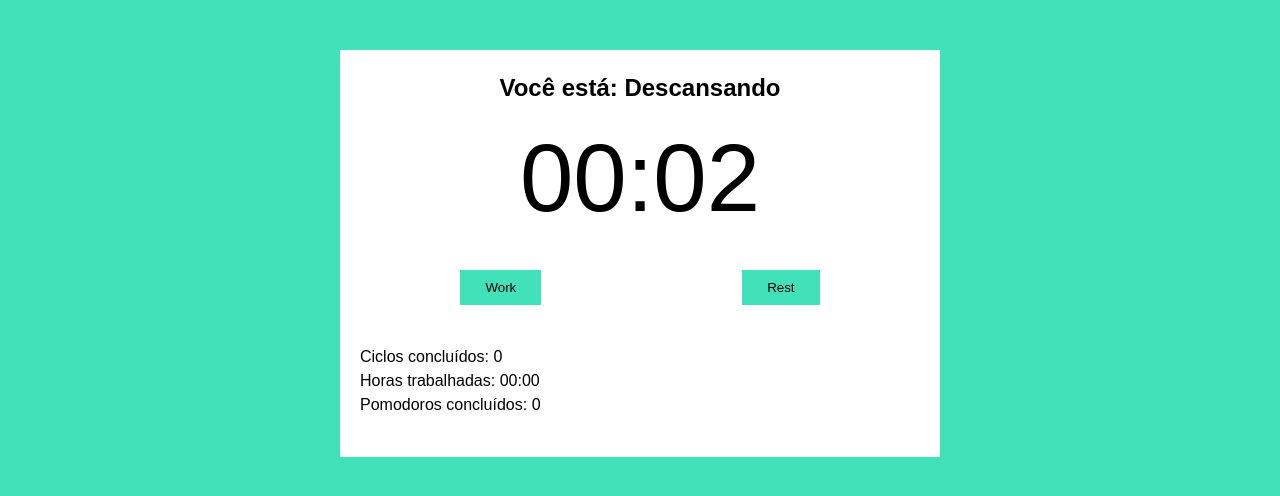
Repository: JuanPabloDS/Pomodoro
Page: / (app in pomodoro/)
These files come from the project's save history. The page is drawn as it stood at one moment and after the next save; the edit follows.
The browser window is 1280 px wide. The pictures show the whole page.
The project was rebuilt for these pictures with package versions that can differ from the ones it lists, and the page was loaded fresh each time. Also part of the build but not shown: pomodoro/src/App.css. Imported but missing from the stored project, and not drawn on this page: pomodoro/src/sounds/bell-finish.mp3, pomodoro/src/sounds/bell-start.mp3.

Above is the page before, as saved 2024-01-25 16:32:17.

### pomodoro/src/App.tsx
import React from 'react';
import './App.css';
import { PomodoroTimer } from './components/pomodoro-timer';

function App() {
  return (
    <div className="container">
      <PomodoroTimer
        pomodoroTime={2}
        shortRestTime={2}
        longRestTime={3}
        cycles={4}
      />
    </div>
  );
}

export default App;

### pomodoro/src/components/pomodoro-timer.tsx
import React, { useEffect, useState, useCallback } from 'react';
import { useInterval } from '../hooks/use-interval';
import { Button } from './button';
import { Timer } from './timer';
import { secondsToTime } from '../utils/seconds-to-time';

// eslint-disable-next-line @typescript-eslint/no-var-requires
const bellStart = require('../sounds/bell-start.mp3');
// eslint-disable-next-line @typescript-eslint/no-var-requires
const bellFinish = require('../sounds/bell-finish.mp3');

const audioStartWorking = new Audio(bellStart);
const audioStopWorking = new Audio(bellFinish);

interface Props {
  pomodoroTime: number;
  shortRestTime: number;
  longRestTime: number;
  cycles: number;
}

export function PomodoroTimer(props: Props): JSX.Element {
  const [mainTime, setMainTime] = useState(props.pomodoroTime);
  const [timeCounting, setTimeCounting] = useState(false);
  const [working, setWorking] = useState(false);
  const [resting, setResting] = useState(false);
  const [cyclesQtdManager, setCyclesQtdManager] = useState(
    new Array(props.cycles - 1).fill(true),
  );

  const [completedCycles, setCompletedCycles] = useState(0);
  const [fullWorkingTime, setFullWorkingTime] = useState(0);
  const [numberOfPomodoros, setNumberOfPomodoros] = useState(0);

  useInterval(
    () => {
      setMainTime(mainTime - 1);
      if (working) setFullWorkingTime(fullWorkingTime + 1);
    },
    timeCounting ? 1000 : null,
  );

  const configureWork = useCallback(() => {
    setTimeCounting(true);
    setWorking(true);
    setResting(false);
    setMainTime(props.pomodoroTime);
    audioStartWorking.play();
  }, [
    setTimeCounting,
    setWorking,
    setResting,
    setMainTime,
    props.pomodoroTime,
  ]);

  const configureRest = useCallback(
    (long: boolean) => {
      setTimeCounting(true);
      setWorking(false);
      setResting(true);

      if (long) {
        setMainTime(props.longRestTime);
      } else {
        setMainTime(props.shortRestTime);
      }

      audioStopWorking.play();
    },
    [
      setTimeCounting,
      setWorking,
      setResting,
      setMainTime,
      props.longRestTime,
      props.shortRestTime,
    ],
  );

  useEffect(() => {
    if (working) document.body.classList.add('working');
    if (resting) document.body.classList.remove('working');

    if (mainTime > 0) return;

    if (working && cyclesQtdManager.length > 0) {
      configureRest(false);
      cyclesQtdManager.pop();
    } else if (working && cyclesQtdManager.length <= 0) {
      configureRest(true);
      setCyclesQtdManager(new Array(props.cycles - 1).fill(true));
      setCompletedCycles(completedCycles + 1);
    }

    if (working) setNumberOfPomodoros(numberOfPomodoros + 1);
    if (resting) configureWork();
  }, [
    working,
    resting,
    mainTime,
    cyclesQtdManager,
    numberOfPomodoros,
    completedCycles,
    configureRest,
    setCyclesQtdManager,
    configureWork,
    props.cycles,
  ]);

  return (
    <div className="pomodoro">
      <h2>Você está: {working ? 'Trabalhando' : 'Descansando'}</h2>
      <Timer mainTime={mainTime} />

      <div className="controls">
        <Button text="Work" onClick={() => configureWork()}></Button>
        <Button text="Rest" onClick={() => configureRest(false)}></Button>
        <Button
          className={!working && !resting ? 'hidden' : ''}
          text={timeCounting ? 'Pause' : 'Play'}
          onClick={() => setTimeCounting(!timeCounting)}
        ></Button>
      </div>

      <div className="details">
        <p>Ciclos concluídos: {completedCycles}</p>
        <p>Horas trabalhadas: {secondsToTime(fullWorkingTime)}</p>
        <p>Pomodoros concluídos: {numberOfPomodoros}</p>
      </div>
    </div>
  );
}

### pomodoro/src/hooks/use-interval.tsx
import { useEffect, useRef } from 'react';

export function useInterval<C extends CallableFunction>(
  callback: C,
  delay: number | null,
): void {
  const savedCallback = useRef<C>();

  // Remember the latest callback.
  useEffect(() => {
    savedCallback.current = callback;
  }, [callback]);

  // Set up the interval.
  useEffect(() => {
    function tick() {
      if (savedCallback.current) savedCallback.current();
    }
    if (delay !== null) {
      const id = setInterval(tick, delay);
      return () => clearInterval(id);
    }
  }, [delay]);
}

### pomodoro/src/components/button.tsx
import React from 'react';

interface Props {
  text: string;
  onClick?: () => void;
  className?: string;
}

export function Button(props: Props): JSX.Element {
  return (
    <button onClick={props.onClick} className={props.className}>
      {props.text}
    </button>
  );
}

### pomodoro/src/components/timer.tsx
import React from 'react';
import { secondsToTime } from '../utils/seconds-to-time';

interface Props {
  mainTime: number;
}

export function Timer(props: Props): JSX.Element {
  return <div className="timer">{secondsToTime(props.mainTime)}</div>;
}

### pomodoro/src/utils/seconds-to-time.ts
export function secondsToTime(seconds: number): string {
  const zeroLeft = (n: number) => Math.floor(n).toString().padStart(2, '0');
  const min = zeroLeft((seconds / 60) % 60);
  const sec = zeroLeft((seconds % 60) % 60);
  return `${min}:${sec}`;
}

Loaded but not shown: pomodoro/public/index.html (common file); pomodoro/src/index.tsx (common file); pomodoro/src/index.css (common file)

After the next save:
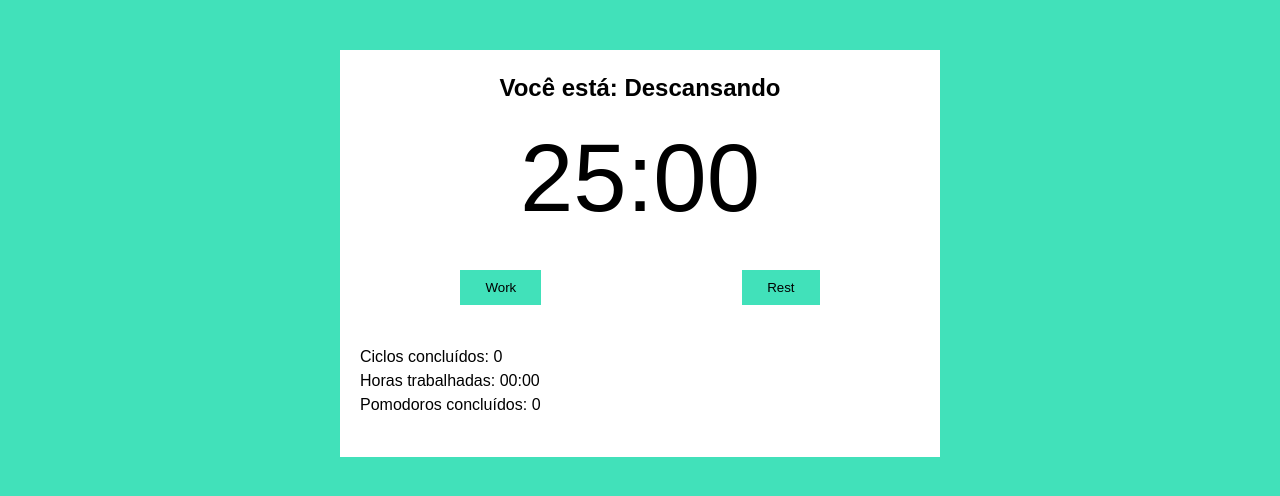
Saved 4 min 32 s later.
--- a/pomodoro/src/App.tsx
+++ b/pomodoro/src/App.tsx
@@ -6,9 +6,9 @@ function App() {
   return (
     <div className="container">
       <PomodoroTimer
-        pomodoroTime={2}
-        shortRestTime={2}
-        longRestTime={3}
+        pomodoroTime={1500}
+        shortRestTime={300}
+        longRestTime={900}
         cycles={4}
       />
     </div>
